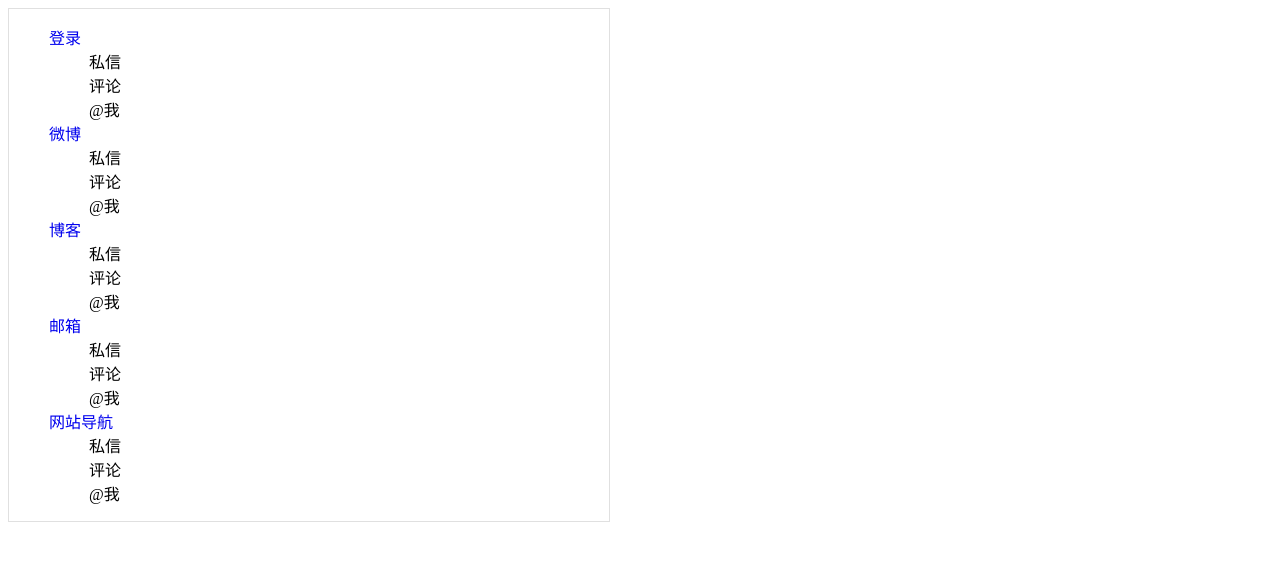
Repository: Sky0258/study
Page: js/新浪下拉框.html
The author's editor kept a copy of each file at every save. The page is drawn from the files as they stood at one save, then again after the next save.
The browser window is 1280 px wide. The pictures show the whole page.

Above is the page before, as saved 2022-09-11 16:09:41.

After the next save:
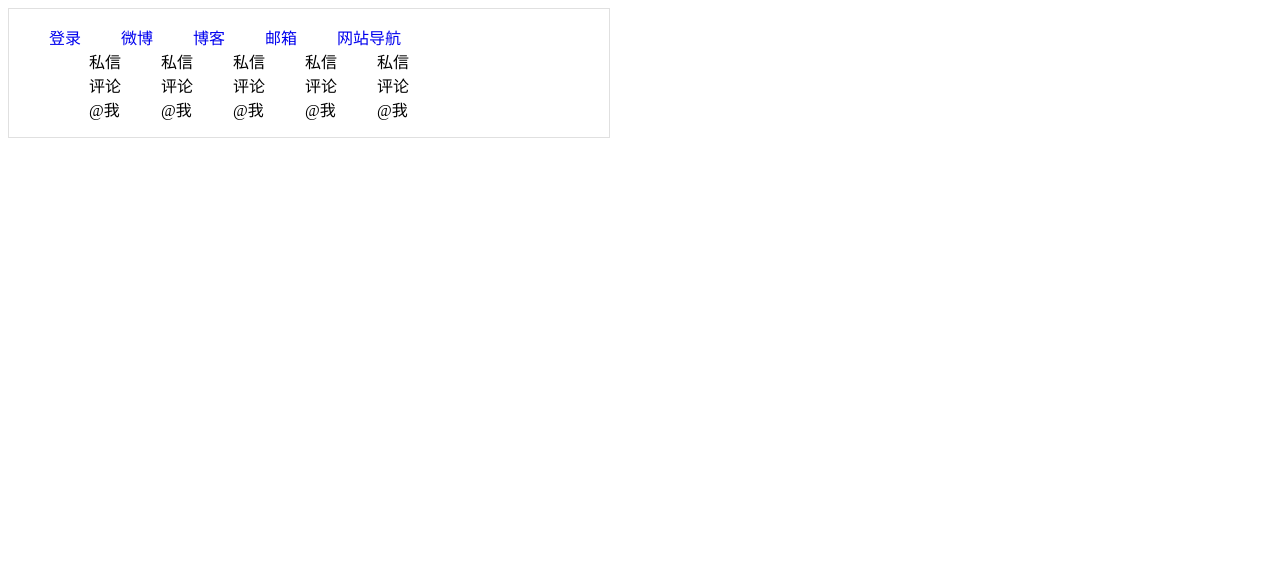
Saved 32 s later.
--- a/js/新浪下拉框.html
+++ b/js/新浪下拉框.html
@@ -16,8 +16,10 @@
     }
     .tab {
         width: 600px;
+        border: 1px solid #e0e0e0;
+    }
+    .tab > ul {
         display: flex;
-        border: 1px solid #e0e0e0;
     }
 </style>
 <body>
